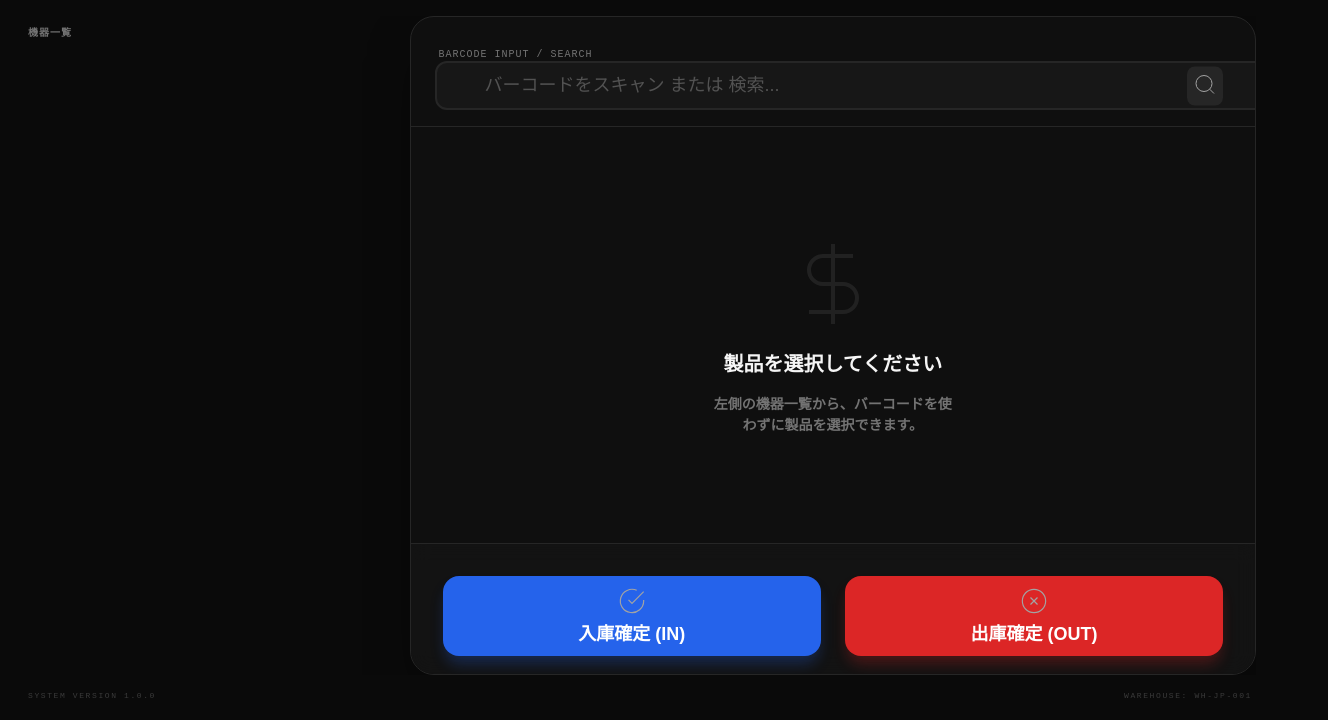
Repository: t-morika/Souko2_app
Page: index-list.html
These files come from the project's save history. The page is drawn as it stood at one moment and after the next save; the edit follows.
The browser window is 1280 px wide. The page is 1280 px wide, then 1328 px, so the pictures cover 1328 px, including what lies to the right of the window. The pictures show the whole page.
The page's requests for data from a server got no answer.

Above is the page before, as saved 2026-04-30 10:29:39.

### index-list.html
<!DOCTYPE html>
<html lang="ja">
<head>
    <meta charset="UTF-8">
    <meta name="viewport" content="width=device-width, initial-scale=1.0">
    <title>PC機器在庫管理 - 機器一覧版</title>
    <link rel="stylesheet" href="/static/style.css">
    <link rel="stylesheet" href="/static/style-list.css">
</head>
<body>
    <div class="app">
        <main class="main">
            <section class="list-section">
                <h2 class="section-title">機器一覧</h2>
                <div class="category-buttons" id="category-buttons">
                    <!-- カテゴリボタン -->
                </div>
                <div class="list-grid" id="device-list">
                    <!-- 製品カードがここに入ります -->
                </div>
            </section>

            <section class="product-section" id="product-section">
                <div class="barcode-input-container product-panel-barcode">
                    <label class="input-label">Barcode Input / Search</label>
                    <div class="input-group">
                        <input
                            type="text"
                            id="barcode"
                            placeholder="バーコードをスキャン または 検索..."
                            class="barcode-input"
                        />
                        <button id="search-barcode" class="search-btn">
                            <svg class="icon" viewBox="0 0 24 24" fill="none" stroke="currentColor">
                                <circle cx="11" cy="11" r="8"></circle>
                                <path d="m21 21-4.35-4.35"></path>
                            </svg>
                        </button>
                    </div>
                </div>
                <div class="product-detail" id="product-detail">
                    <div class="placeholder">
                        <svg class="icon" viewBox="0 0 24 24" fill="none" stroke="currentColor">
                            <path d="M12 2v20M17 5H9.5a3.5 3.5 0 0 0 0 7h5a3.5 3.5 0 0 1 0 7H6"></path>
                        </svg>
                        <p>製品を選択してください</p>
                        <p class="description">左側の機器一覧から、バーコードを使わずに製品を選択できます。</p>
                    </div>
                </div>
                <div class="execution-section">
                    <button id="stock-in" class="action-btn in-btn">
                        <svg class="icon" viewBox="0 0 24 24" fill="none" stroke="currentColor">
                            <path d="M22 11.08V12a10 10 0 1 1-5.93-9.14"></path>
                            <polyline points="22,4 12,14.01 9,11.01"></polyline>
                        </svg>
                        <span>入庫確定 (IN)</span>
                    </button>
                    <button id="stock-out" class="action-btn out-btn">
                        <svg class="icon" viewBox="0 0 24 24" fill="none" stroke="currentColor">
                            <circle cx="12" cy="12" r="10"></circle>
                            <path d="m15 9-6 6"></path>
                            <path d="m9 9 6 6"></path>
                        </svg>
                        <span>出庫確定 (OUT)</span>
                    </button>
                </div>
            </section>
        </main>
        <div class="notifications" id="notifications"></div>
        <footer class="footer">
            <span>System Version 1.0.0</span>
            <span>Warehouse: WH-JP-001</span>
        </footer>
    </div>
    <script src="/static/script-list.js"></script>
</body>
</html>

### style.css
/* Dark theme inspired by inventory-flow-pro */
body {
    margin: 0;
    padding: 0;
    font-family: 'Inter', -apple-system, BlinkMacSystemFont, 'Segoe UI', Roboto, sans-serif;
    background-color: #0a0a0a;
    color: #f5f5f5;
    height: 100vh;
    width: 100%;
    overflow: hidden;
}

.app {
    display: flex;
    box-sizing: border-box;
    flex-direction: column;
    height: 100vh;
    width: 100%;
    padding: 1rem 1.5rem;
    gap: 1rem;
}

/* Header */
.header {
    display: grid;
    grid-template-columns: 1fr auto;
    gap: 1rem;
    flex-shrink: 0;
}

.input-label {
    font-size: 10px;
    font-family: 'JetBrains Mono', monospace;
    text-transform: uppercase;
    letter-spacing: 0.1em;
    color: #737373;
    margin-left: 0.25rem;
    margin-bottom: 0.25rem;
}

.input-group {
    position: relative;
}

.barcode-input {
    width: 100%;
    background-color: #171717;
    border: 2px solid #262626;
    border-radius: 0.75rem;
    padding: 0.75rem 3rem 0.75rem 3rem;
    font-size: 1.125rem;
    outline: none;
    transition: border-color 0.2s;
    color: #f5f5f5;
}

.barcode-input:focus {
    border-color: #3b82f6;
}

.product-panel-barcode {
    padding: 1.5rem 2rem 1rem;
    border-bottom: 1px solid #262626;
}

.barcode-input::placeholder {
    color: #525252;
}

.search-btn {
    position: absolute;
    right: 0.5rem;
    top: 50%;
    transform: translateY(-50%);
    background-color: #262626;
    border: none;
    padding: 0.375rem;
    border-radius: 0.5rem;
    cursor: pointer;
    transition: background-color 0.2s;
}

.search-btn:hover {
    background-color: #404040;
}

.icon {
    width: 1.5rem;
    height: 1.5rem;
    color: #a3a3a3;
}


/* Main */
.main {
    flex: 1;
    display: grid;
    grid-template-columns: 300px 1fr;
    gap: 1rem;
    overflow: hidden;
}

/* Quick Section */
.quick-section {
    display: flex;
    flex-direction: column;
    gap: 0.75rem;
    overflow: hidden;
}

.section-title {
    font-size: 10px;
    font-family: 'JetBrains Mono', monospace;
    text-transform: uppercase;
    letter-spacing: 0.1em;
    color: #737373;
    margin-left: 0.25rem;
    flex-shrink: 0;
}

.quick-grid {
    display: grid;
    grid-template-columns: repeat(2, 1fr);
    gap: 0.75rem;
    overflow-y: auto;
    padding-right: 0.25rem;
    padding-bottom: 0.5rem;
}

.quick-btn {
    display: flex;
    flex-direction: column;
    align-items: center;
    justify-content: center;
    gap: 0.5rem;
    aspect-ratio: 1;
    border-radius: 1rem;
    border: 2px solid #262626;
    background-color: #171717;
    color: #a3a3a3;
    transition: all 0.2s;
    cursor: pointer;
    padding: 0.5rem;
}

.quick-btn:hover {
    background-color: #262626;
    border-color: #404040;
}

.quick-btn.active {
    background-color: rgba(59, 130, 246, 0.1);
    border-color: #3b82f6;
    color: #3b82f6;
}

.quick-btn .icon {
    width: 2rem;
    height: 2rem;
}

.quick-btn span {
    font-weight: bold;
    font-size: 0.875rem;
    text-align: center;
    line-height: 1.2;
}

/* Product Section */
.product-section {
    background-color: rgba(23, 23, 23, 0.4);
    border: 1px solid #262626;
    border-radius: 1.5rem;
    overflow: hidden;
    display: flex;
    flex-direction: column;
    box-shadow: 0 25px 50px -12px rgba(0, 0, 0, 0.5);
}

.product-detail {
    flex: 1;
    overflow-y: auto;
    padding: 2rem 1.5rem;
    display: flex;
    flex-direction: column;
    gap: 2rem;
}

.product-header {
    display: flex;
    align-items: flex-start;
    justify-content: space-between;
}

.product-info {
    display: flex;
    flex-direction: column;
    gap: 0.25rem;
}

.category-label {
    font-size: 0.75rem;
    font-weight: bold;
    text-transform: uppercase;
    letter-spacing: 0.2em;
    color: #3b82f6;
}

.product-name {
    font-size: 2.25rem;
    font-weight: 900;
    color: white;
    line-height: 1.2;
    margin: 0;
}

.clear-btn {
    padding: 0.5rem;
    background-color: transparent;
    border: none;
    color: #737373;
    cursor: pointer;
    transition: color 0.2s;
}

.clear-btn:hover {
    color: #ef4444;
}

.product-tags {
    display: flex;
    flex-wrap: wrap;
    gap: 0.5rem;
}

.tag {
    padding: 0.375rem 1rem;
    background-color: #262626;
    border-radius: 9999px;
    font-size: 0.75rem;
    font-weight: bold;
    border: 1px solid #404040;
}

.tag.maker {
    font-size: 0.75rem;
}

.tag.id {
    font-family: 'JetBrains Mono', monospace;
    font-size: 10px;
}

/* Quantity Adjustment */
.quantity-adjust {
    display: flex;
    flex-direction: column;
    gap: 0.75rem;
}

.section-label {
    font-size: 10px;
    font-family: 'JetBrains Mono', monospace;
    text-transform: uppercase;
    letter-spacing: 0.1em;
    color: #737373;
}

.quantity-controls {
    display: flex;
    align-items: center;
    gap: 1.5rem;
}

.quantity-btn {
    width: 4rem;
    height: 4rem;
    background-color: #262626;
    border: 2px solid #404040;
    border-radius: 1rem;
    color: white;
    cursor: pointer;
    transition: background-color 0.2s;
    display: flex;
    align-items: center;
    justify-content: center;
}

.quantity-btn:hover {
    background-color: #404040;
}

.quantity-input {
    width: 6rem;
    height: 4rem;
    background-color: transparent;
    border: none;
    border-bottom: 4px solid #262626;
    text-align: center;
    font-size: 2.5rem;
    font-weight: 900;
    outline: none;
    color: white;
    transition: border-color 0.2s;
    -moz-appearance: textfield;
}

.quantity-input::-webkit-outer-spin-button,
.quantity-input::-webkit-inner-spin-button {
    -webkit-appearance: none;
    margin: 0;
}

.quantity-input:focus {
    border-color: #3b82f6;
}

/* Execution Section */
.execution-section {
    flex-shrink: 0;
    padding: 2rem;
    border-top: 1px solid #262626;
    background-color: rgba(23, 23, 23, 0.6);
    backdrop-filter: blur(10px);
    display: grid;
    grid-template-columns: 1fr 1fr;
    gap: 1.5rem;
}

.action-btn {
    display: flex;
    flex-direction: column;
    align-items: center;
    justify-content: center;
    gap: 0.25rem;
    height: 5rem;
    border-radius: 1rem;
    border: none;
    color: white;
    font-weight: 900;
    font-size: 1.125rem;
    cursor: pointer;
    transition: all 0.2s;
    box-shadow: 0 10px 15px -3px rgba(0, 0, 0, 0.3);
}

.in-btn {
    background-color: #2563eb;
    box-shadow: 0 10px 15px -3px rgba(37, 99, 235, 0.3);
}

.in-btn:hover {
    background-color: #1d4ed8;
}

.out-btn {
    background-color: #dc2626;
    box-shadow: 0 10px 15px -3px rgba(220, 38, 38, 0.3);
}

.out-btn:hover {
    background-color: #b91c1c;
}

.action-btn .icon {
    width: 1.75rem;
    height: 1.75rem;
}

/* Notifications */
.notifications {
    position: fixed;
    bottom: 5rem;
    right: 2rem;
    z-index: 50;
    display: flex;
    flex-direction: column;
    gap: 0.75rem;
}

.notification {
    padding: 1rem;
    border-radius: 0.75rem;
    box-shadow: 0 25px 50px -12px rgba(0, 0, 0, 0.5);
    display: flex;
    align-items: center;
    gap: 0.75rem;
    border-left: 4px solid;
    max-width: 20rem;
    backdrop-filter: blur(10px);
}

.notification.in {
    background-color: rgba(23, 23, 23, 0.9);
    border-left-color: #3b82f6;
    color: #dbeafe;
}

.notification.out {
    background-color: rgba(23, 23, 23, 0.9);
    border-left-color: #ef4444;
    color: #fecaca;
}

.notification-icon {
    padding: 0.375rem;
    border-radius: 0.5rem;
}

.notification.in .notification-icon {
    background-color: #3b82f6;
}

.notification.out .notification-icon {
    background-color: #ef4444;
}

.notification-icon .icon {
    width: 1rem;
    height: 1rem;
    color: white;
}

.notification-message {
    font-weight: bold;
    font-size: 0.875rem;
}

/* Footer */
.footer {
    flex-shrink: 0;
    display: flex;
    justify-content: space-between;
    align-items: center;
    padding: 0 0.25rem;
    opacity: 0.2;
    font-size: 8px;
    font-family: 'JetBrains Mono', monospace;
    text-transform: uppercase;
    letter-spacing: 0.2em;
    padding-bottom: 0.25rem;
}

/* Responsive */
@media (max-width: 768px) {
    .app {
        padding: 0.5rem 1rem;
    }

    .header {
        grid-template-columns: 1fr;
        gap: 0.5rem;
    }

    .status-indicator {
        justify-self: flex-end;
    }

    .main {
        grid-template-columns: 1fr;
        gap: 0.5rem;
    }

    .quick-grid {
        grid-template-columns: repeat(3, 1fr);
    }

    .product-name {
        font-size: 1.875rem;
    }

    .quantity-controls {
        gap: 1rem;
    }

    .quantity-btn {
        width: 3rem;
        height: 3rem;
    }

    .quantity-input {
        width: 4rem;
        height: 3rem;
        font-size: 2rem;
    }

    .execution-section {
        padding: 1rem;
        grid-template-columns: 1fr;
        gap: 0.75rem;
    }

    .action-btn {
        height: 4rem;
        font-size: 1rem;
    }

    .notifications {
        right: 1rem;
        bottom: 4rem;
    }
}

/* Placeholder state */
.placeholder {
    flex: 1;
    display: flex;
    flex-direction: column;
    align-items: center;
    justify-content: center;
    text-align: center;
    color: #737373;
    gap: 1rem;
    padding: 2rem;
}

.placeholder .icon {
    width: 6rem;
    height: 6rem;
    opacity: 0.1;
}

.placeholder p {
    font-size: 1.25rem;
    font-weight: bold;
    color: #a3a3a3;
    margin: 0;
}

.placeholder .description {
    font-size: 0.875rem;
    color: #737373;
    max-width: 15rem;
    line-height: 1.5;
}

### style-list.css
.list-section {
    display: flex;
    flex-direction: column;
    gap: 0.75rem;
    overflow: hidden;
}

.list-grid {
    display: grid;
    grid-template-columns: 1fr;
    gap: 0.75rem;
    overflow-y: auto;
    padding-right: 0.25rem;
    padding-bottom: 0.5rem;
}

.device-card {
    display: grid;
    gap: 0.75rem;
    padding: 1rem;
    border-radius: 1rem;
    border: 2px solid #374151;
    background-color: #1a1a2e;
    cursor: pointer;
    transition: transform 0.2s, border-color 0.2s, background-color 0.2s;
}

.device-card:hover {
    transform: translateY(-2px);
    border-color: #3b82f6;
}

.device-card.active {
    background-color: rgba(59, 130, 246, 0.1);
    border-color: #3b82f6;
}

.device-card-header {
    display: flex;
    justify-content: space-between;
    align-items: flex-start;
    flex-wrap: wrap;
    gap: 0.75rem;
}

.device-name {
    font-size: 1rem;
    font-weight: 900;
    line-height: 1.25;
    color: #ffffff;
}

.device-meta {
    display: grid;
    gap: 0.25rem;
    font-size: 0.78rem;
    color: #9ca3af;
}

.device-meta span {
    display: inline-flex;
    gap: 0.5rem;
}

.device-meta strong {
    color: #f5f5f5;
    font-weight: 700;
}

.list-section-heading {
    font-size: 0.85rem;
    font-weight: 900;
    text-transform: uppercase;
    letter-spacing: 0.1em;
    color: #e5e7eb;
    margin-top: 1rem;
}

.list-section-heading:first-of-type {
    margin-top: 0;
}

.category-buttons {
    display: flex;
    flex-wrap: wrap;
    gap: 0.5rem;
    padding-bottom: 0.75rem;
}

.category-button {
    border: 1px solid #374151;
    background-color: #1e293b;
    color: #d1d5db;
    font-size: 0.85rem;
    padding: 0.6rem 0.9rem;
    border-radius: 0.75rem;
    cursor: pointer;
    transition: background-color 0.2s, border-color 0.2s, color 0.2s;
}

.category-button:hover {
    background-color: #1f2937;
    border-color: #3b82f6;
    color: #ffffff;
}

.category-button.active {
    background-color: #3b82f6;
    border-color: #3b82f6;
    color: #ffffff;
}

.product-panel-barcode {
    padding: 1.5rem 1.5rem 1rem 1.5rem;
    border-bottom: 1px solid #262626;
    box-sizing: border-box;
}

.product-detail {
    min-height: 22rem;
}

.app {
    padding: 1rem 1.5rem;
}

.main {
    grid-template-columns: minmax(20rem, 30%) 1fr;
}

.list-section {
    max-width: 30vw;
}

.placeholder {
    display: flex;
    flex-direction: column;
    align-items: center;
    justify-content: center;
    text-align: center;
    color: #737373;
    gap: 1rem;
    padding: 2rem;
}

.placeholder .icon {
    width: 6rem;
    height: 6rem;
    opacity: 0.12;
}

.placeholder p {
    margin: 0;
}

.product-detail h2,
.product-detail p,
.product-detail .device-meta {
    color: #f5f5f5;
}

@media (max-width: 1030px) {
    .main {
        grid-template-columns: 1fr;
    }
}

@media (max-width: 768px) {
    .list-grid {
        grid-template-columns: repeat(2, minmax(0, 1fr));
    }
}

@media (max-width: 520px) {
    .list-grid {
        grid-template-columns: 1fr;
    }
}

Loaded but not shown: script-list.js (231 lines, source omitted)

After the next save:
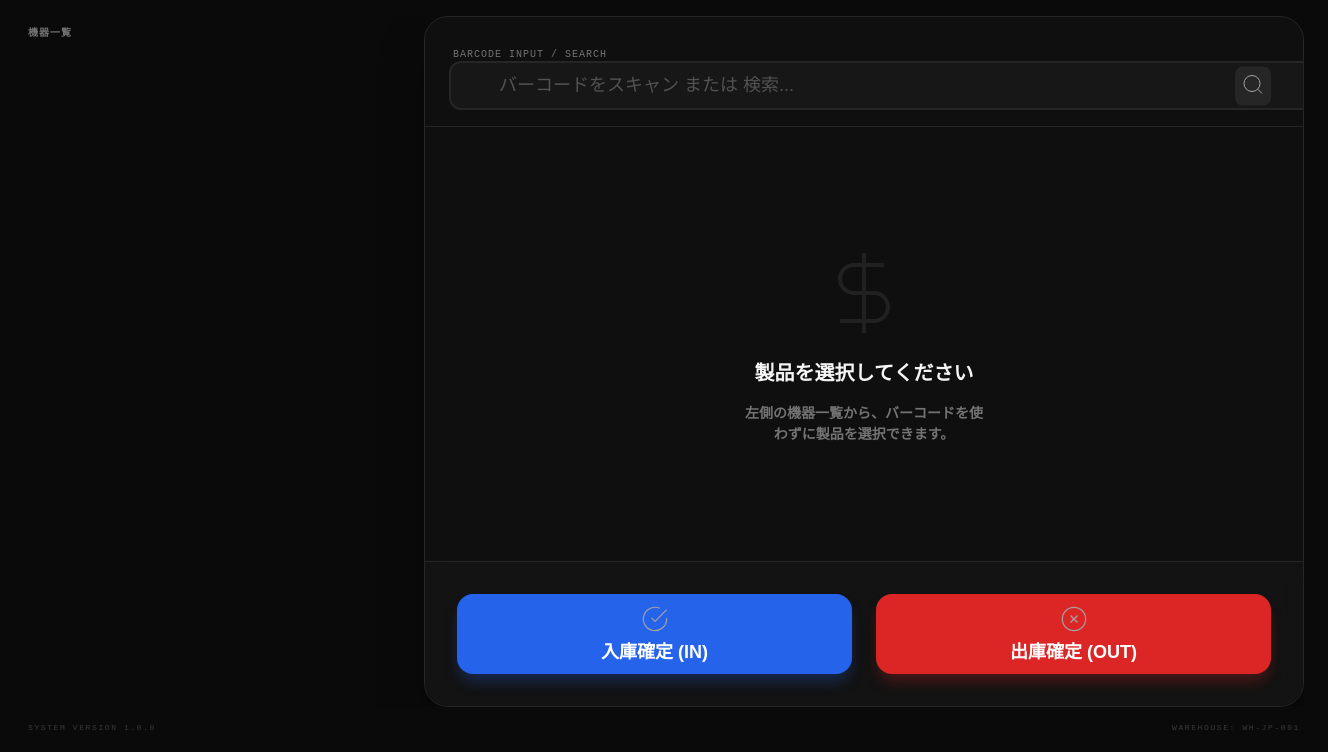
Saved 24 s later.
--- a/style.css
+++ b/style.css
@@ -6,16 +6,15 @@ body {
     background-color: #0a0a0a;
     color: #f5f5f5;
     height: 100vh;
-    width: 100%;
+    width: 100vw;
     overflow: hidden;
 }
 
 .app {
     display: flex;
-    box-sizing: border-box;
     flex-direction: column;
     height: 100vh;
-    width: 100%;
+    width: 100vw;
     padding: 1rem 1.5rem;
     gap: 1rem;
 }
@@ -180,7 +179,7 @@ body {
 .product-detail {
     flex: 1;
     overflow-y: auto;
-    padding: 2rem 1.5rem;
+    padding: 2rem;
     display: flex;
     flex-direction: column;
     gap: 2rem;
